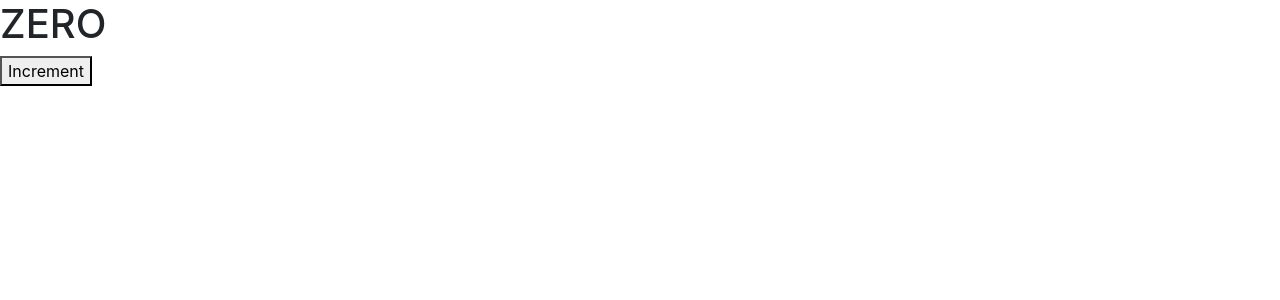
Repository: NikhilSurani/counter-app
Page: /
The author's editor kept a copy of each file at every save. The page is drawn from the files as they stood at one save, then again after the next save.
The browser window is 1280 px wide. The pictures show the whole page.
The project was rebuilt for these pictures with package versions that can differ from the ones it lists, and the page was loaded fresh each time.

Above is the page before, as saved 2018-12-28 17:55:17.

After the next save:
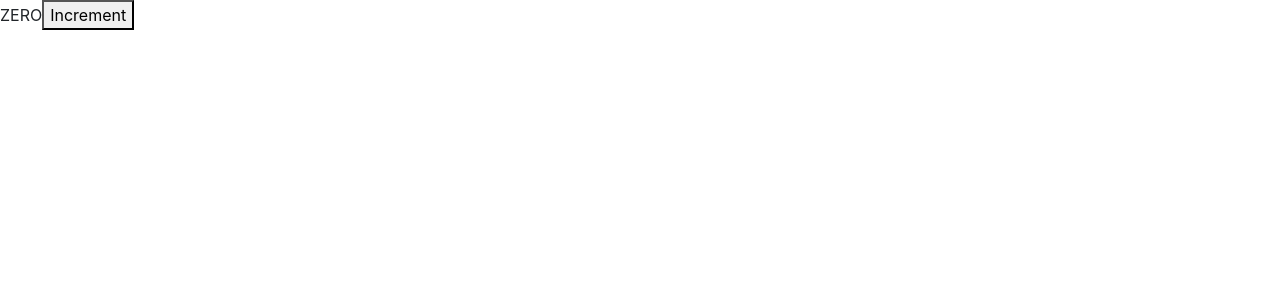
Saved 79 s later.
--- a/src/components/counter.jsx
+++ b/src/components/counter.jsx
@@ -6,7 +6,7 @@ class Counter extends Component {
   render() {
     return (
       <React.Fragment>
-        <h1>{this.formatCount()}</h1>
+        <span>{this.formatCount()}</span>
         <button>Increment</button>
       </React.Fragment>
     );
